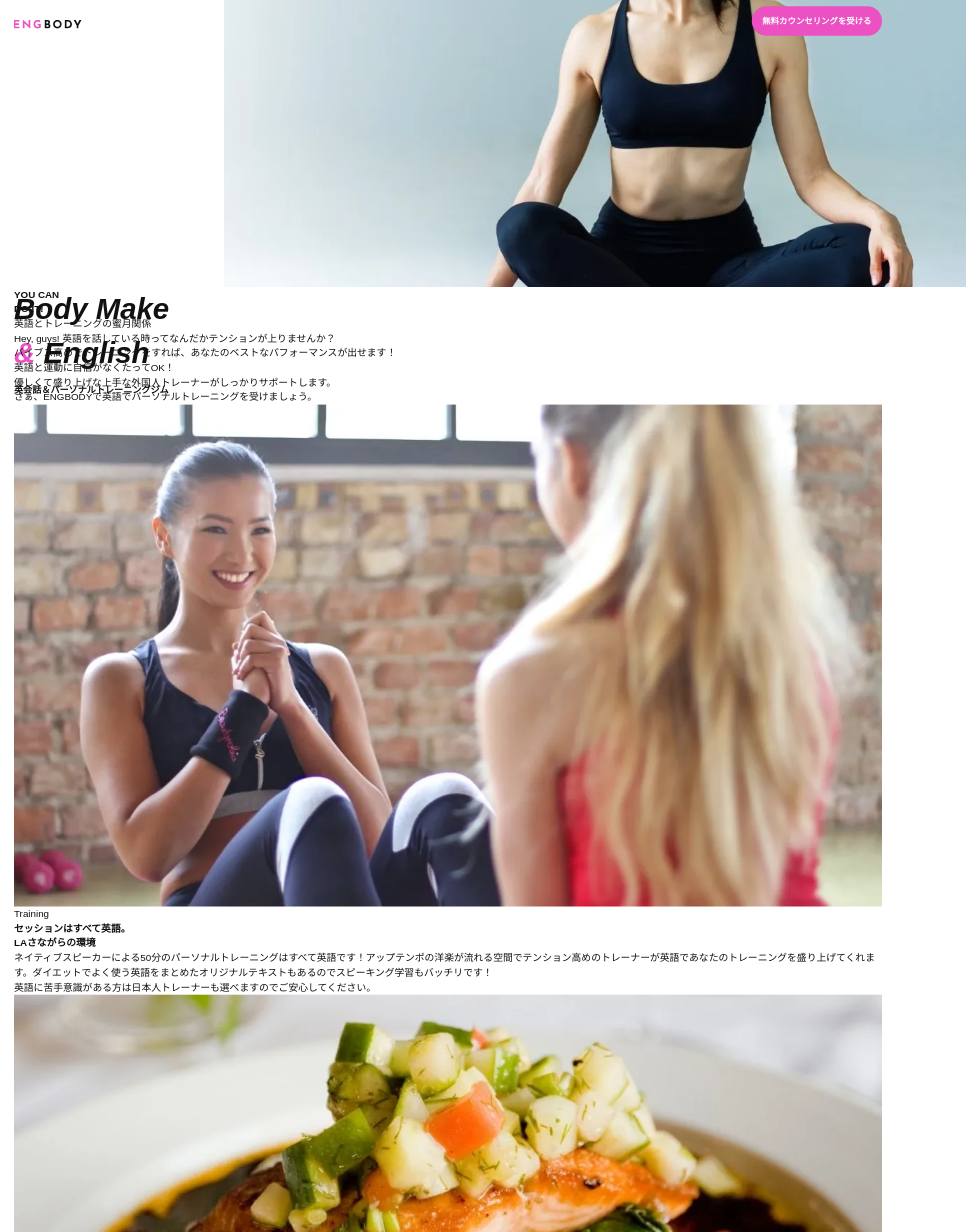
Repository: tetishi/engbody
Page: index.html
These files come from the project's save history. The page is drawn as it stood at one moment and after a run of saves; the edit follows.
The browser window is 1280 px wide. The page is 1380 px wide, so the pictures cover 1380 px, including what lies to the right of the window. The pictures show the part of the page from y = 0 to 1760 px (the page is 12355 px tall), at 70% of full size.
The style sheet was rebuilt from its Sass, Less or Tailwind sources for each picture, by a compiler version that may differ from the author's.

Above is the page before, as saved 2023-07-26 00:18:13.

After the next 2 saves:
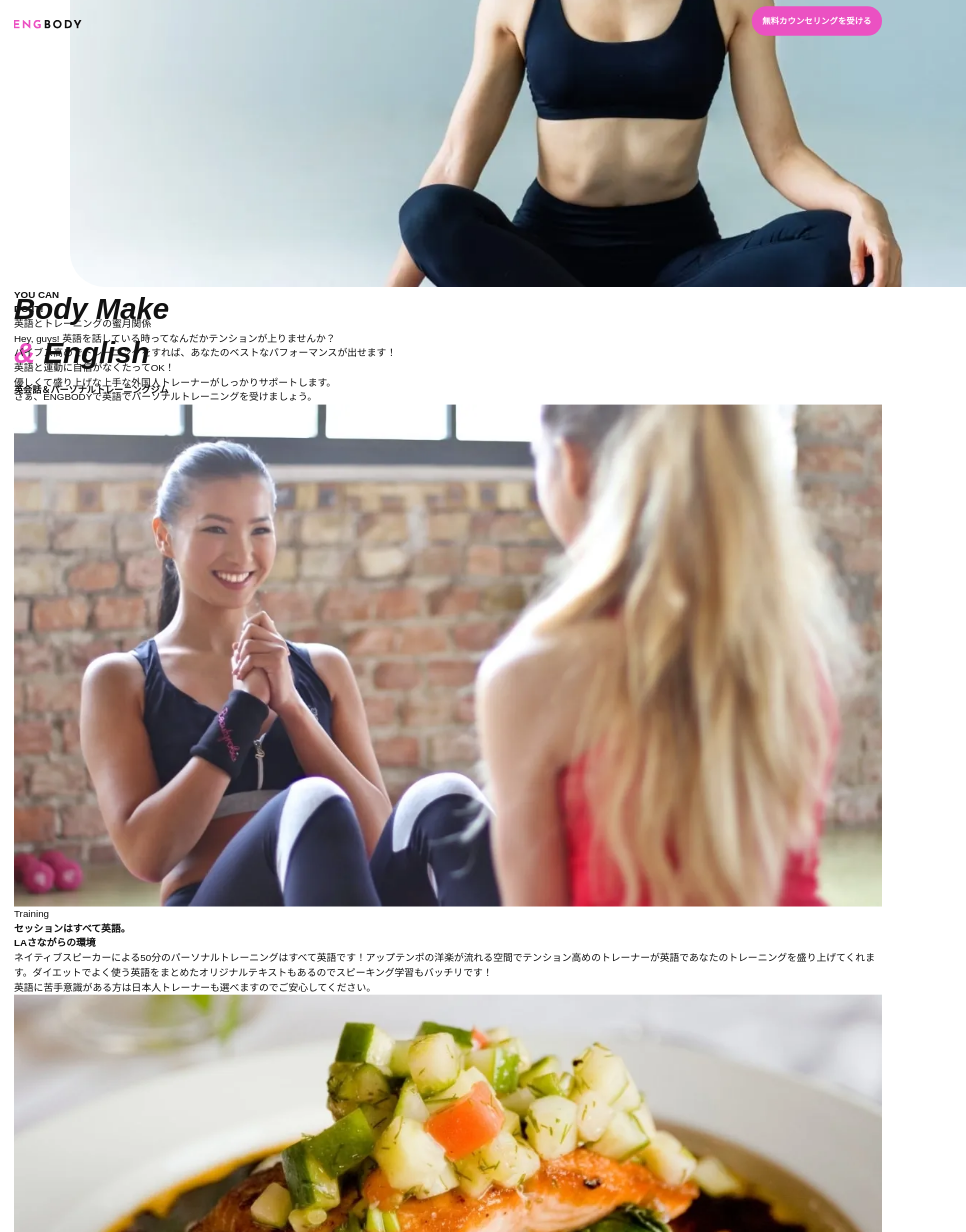
The 2 saves are shown as one change because they came seconds apart.
The last was saved 7 s later.
--- a/css/style.scss
+++ b/css/style.scss
@@ -73,7 +73,7 @@ a {
 .fv-img {
     background-image: url(../img/bg_mv.webp);
     background-position: right bottom;
-    background-size: conain;
+    background-size: cover;
     background-repeat: no-repeat;
     border-radius: 0 0 0 50px;
     position: relative;
